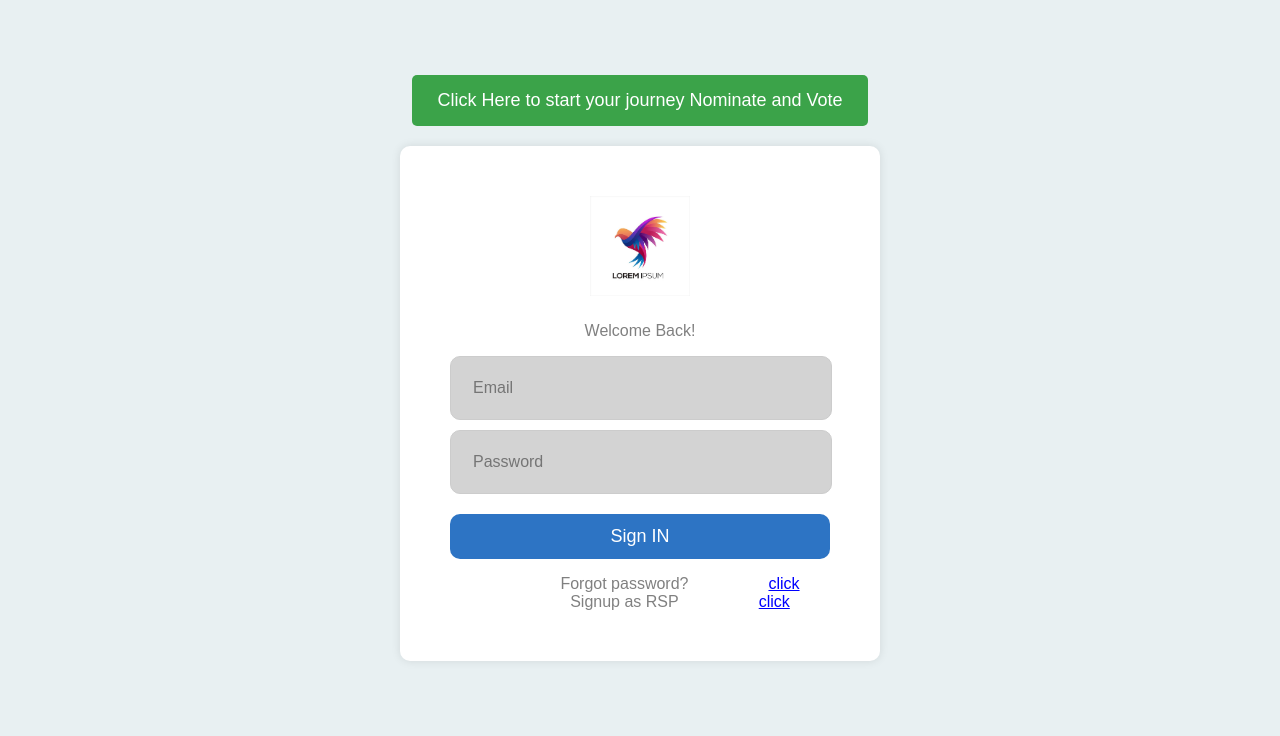
Repository: Femi007-gh/welcome
Page: index.html
The author's editor kept a copy of each file at every save. The page is drawn from the files as they stood at one save, then again after the next save.
The browser window is 1280 px wide. The pictures show the whole page.

Above is the page before, as saved 2025-03-10 22:06:04.

### index.html
<html>
<head>
    <title>Login Page</title>
    <link rel="stylesheet" href="style.css">
</head>
<body>
    <button class="green-button">Click Here to start your journey Nominate and Vote</button>
    <div class="container">
        <img src="Logo.jpg" alt="Nigerian Shippers Council Logo">
        <p>Welcome Back!</p>
        <form action="your-server-endpoint" method="post">
            <div class="input-container">
                <input type="email" placeholder="Email" class="lit">
            </div>
            <div class="password-container">
                <input type="password" placeholder="Password" class="fit">
            </div>
            <button type="submit" class="sign-in-button">Sign IN</button>
        </form>
        <div class="links">
            <a href="#" class="under">Forgot password?</a><a href="#" class="underline">click</a>
            <a href="#" class="under">Signup as RSP</a><a href="#" class="underline">click</a>
        </div>
    </div>
</body>
</html>

### style.css
body {
  font-family: Arial, sans-serif;
  background-color: #e8f0f2;
  display: flex;
  justify-content: center;
  align-items: center;
  height: 100vh;
  flex-direction: column;
}
.green-button {
  background-color: #3ba349;
  color: white;
  padding: 15px 25px;
  border: none;
  border-radius: 5px;
  cursor: pointer;
  margin-bottom: 20px;
  font-size: 18px;
}
.container {
  background-color: white;
  padding: 50px;
  border-radius: 10px;
  box-shadow: 0 0 10px rgba(0, 0, 0, 0.1);
  text-align: center;
  width: 380px;
}
.container img {
  width: 100px;
  margin-bottom: 10px;
}
p {
  color: gray;
}
.input-container, .password-container {
  display: flex;
  align-items: center;
  background: #d3d3d3;
  border: 1px solid #ccc;
  border-radius: 10px;
  padding: 10px;
  width: calc(100% - 20px);
  margin: 10px 0;
}
.input-container input, .password-container input {
  border: none;
  outline: none;
  flex: 1;
  background: transparent;
  padding: 12px;
  font-size: 16px;
}
.password-container i {
  cursor: pointer;
  font-size: 18px;
  margin-left: 10px;
}
.sign-in-button {
  background-color: #2d74c4;
  color: white;
  padding: 12px;
  border: none;
  border-radius: 10px;
  cursor: pointer;
  width: 100%;
  font-size: 18px;
  margin-top: 10px;
}
.links {
  margin-top: 10px;
  font-size: 16px;
}
.links a {
  color: gray;
  text-decoration: none;
  margin-left: 80px;
}
.links a.underline {
  color: blue;
  text-decoration: underline;
}

After the next save:
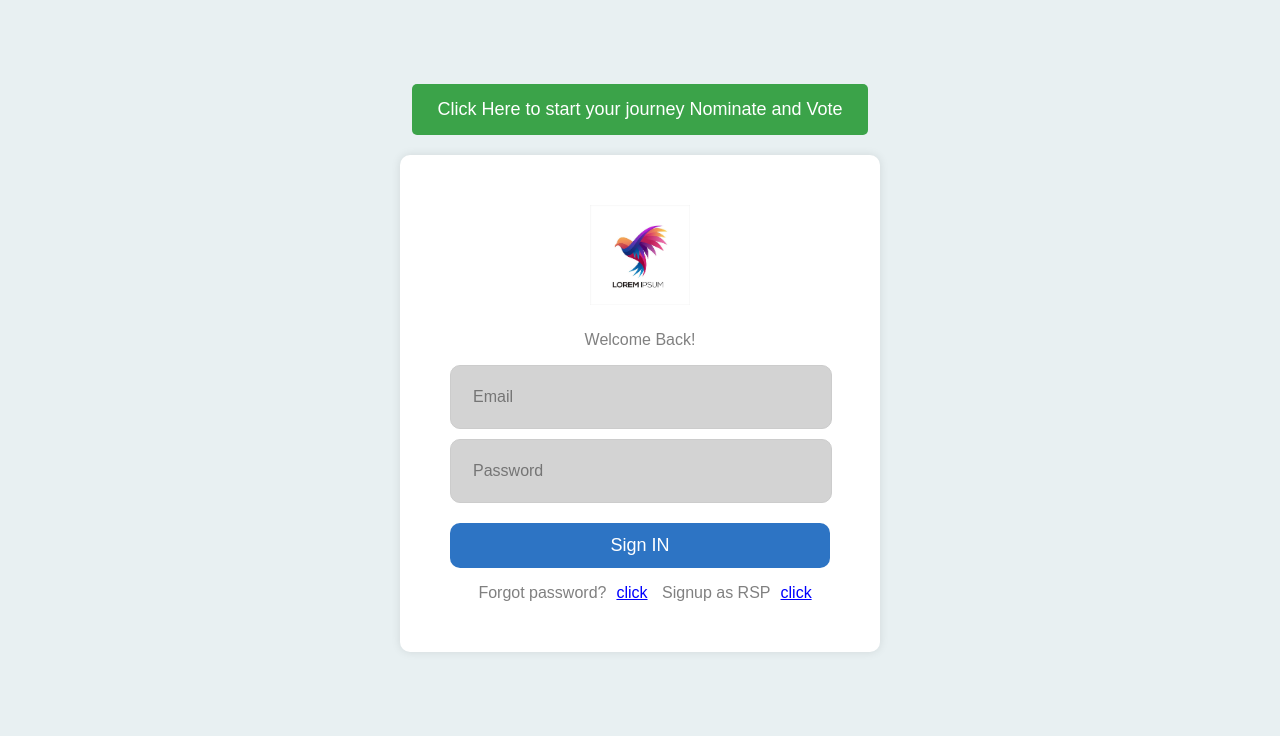
Saved 5 s later.
--- a/style.css
+++ b/style.css
@@ -73,7 +73,7 @@
 .links a {
   color: gray;
   text-decoration: none;
-  margin-left: 80px;
+  margin-left: 10px;
 }
 .links a.underline {
   color: blue;
